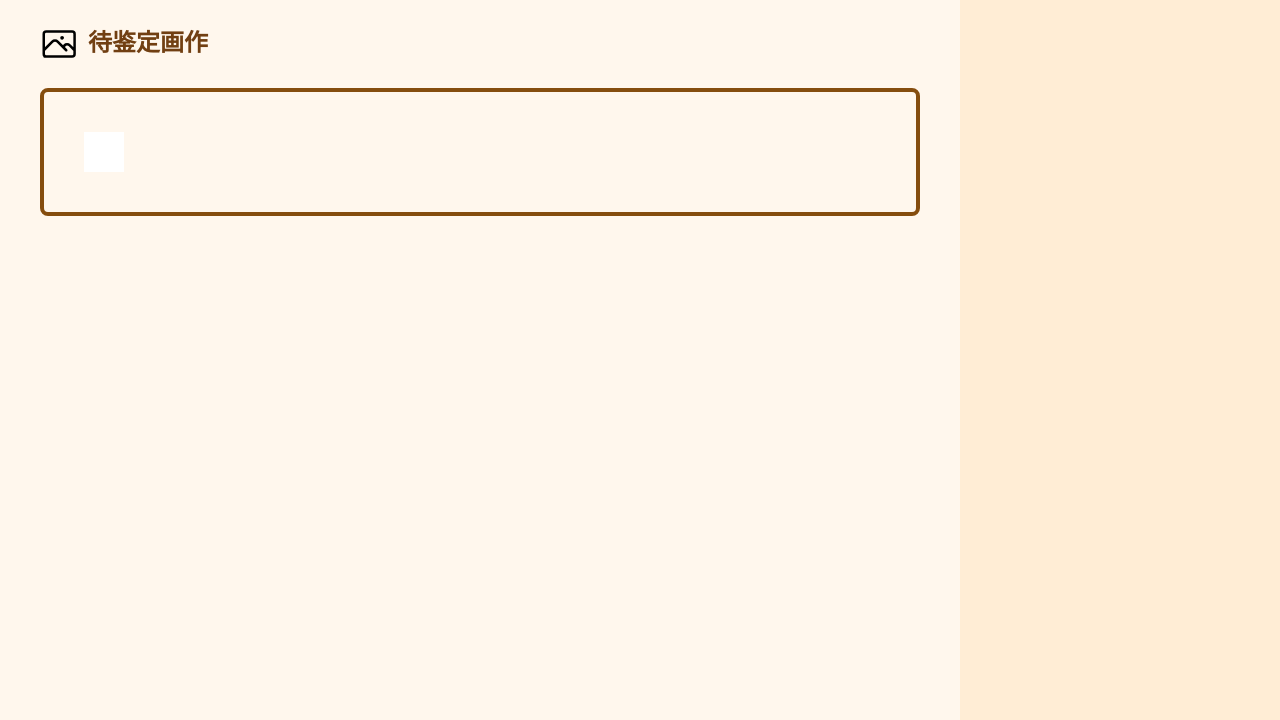
Repository: gaosth/Eyesee
Page: /dtail
These files come from the project's save history. The page is drawn as it stood at one moment and after the next save; the edit follows.
The browser window is 1280 px wide. The pictures show the whole page.
The project was rebuilt for these pictures with package versions that can differ from the ones it lists, and the page was loaded fresh each time. Also part of the build but not shown: vite.config.js, src/components/WelcomeItem.vue, src/components/icons/IconDocumentation.vue, src/components/icons/IconTooling.vue, src/components/icons/IconEcosystem.vue, src/components/icons/IconCommunity.vue, src/components/icons/IconSupport.vue, src/components/TheWelcome.vue and 5 more.

Above is the page before, as saved 2024-03-15 12:04:24.

### src/main.js
import './assets/main.css'

import { createApp } from 'vue'
import { createPinia } from 'pinia'

import App from './App.vue'
import router from './router'
import axios from 'axios'

axios.defaults.baseURL = 'http://127.0.0.1:8000'

const app = createApp(App)

app.use(createPinia())
// app.use(router)
app.use(router,axios)

app.mount('#app')

### src/App.vue
<template>
  <main>
    <RouterView />
  </main>
</template>

### src/router/index.js
import { createRouter, createWebHistory } from 'vue-router'
import HomeView from '../views/HomeView.vue'
import Agent from '../views/Agent.vue'
import Heatmap from '../components/Heatmap.vue'
import Test from '../views/reference.vue'
import DetailView from '../views/DetailView.vue'

const router = createRouter({
  history: createWebHistory(import.meta.env.BASE_URL),
  routes: [
    {
      path: '/',
      name: 'home',
      component: Agent
    },
    {
      path: '/about',
      name: 'about',
      // route level code-splitting
      // this generates a separate chunk (About.[hash].js) for this route
      // which is lazy-loaded when the route is visited.
      component: () => import('../views/AboutView.vue')
    },
    {
      path: '/Agent',
      name: 'Agent',
      component: Agent
    },
    {
      path: '/Heatmap',
      name: 'Heatmap',
      component: Heatmap
    },
    {
      path: '/test',
      name: 'test',
      component: Test
    },
    {
      path: '/dtail',
      name: 'detail',
      component: DetailView
    },
  ]
})

export default router

### src/views/DetailView.vue
<template>
    <div class="flex flex-row min-h-screen">
        <div class="w-3/4 bg-orange-50">
            <div class = "flex mx-10 mt-6 justify-start">
                <div>
                    <svg xmlns="http://www.w3.org/2000/svg" fill="none" viewBox="0 0 24 24" stroke-width="1.5" stroke="currentColor" class="w-10 h-10">
                    <path stroke-linecap="round" stroke-linejoin="round" d="m2.25 15.75 5.159-5.159a2.25 2.25 0 0 1 3.182 0l5.159 5.159m-1.5-1.5 .409-1.409a2.25 2.25 0 0 1 3.182 0l2.909 2.909m-18 3.75h16.5a1.5 1.5 0 0 0 1.5-1.5V6a1.5 1.5 0 0 0-1.5-1.5H3.75A1.5 1.5 0 0 0 2.25 6v12a1.5 1.5 0 0 0 1.5 1.5Zm10.5-11.25h.008v.008h-.008V8.25Zm.375 0a.375.375 0 1 1-.75 0 .375.375 0 0 1 .75 0Z" />
                </svg>
                </div>
                <div class="mt-0.5 text-2xl ml-2 font-bold text-yellow-900">
                    待鉴定画作
                </div>
            </div>
            <div class = "mx-10 my-6 border-yellow-800 rounded-lg border-4">
                <div class = "mx-10 my-10 h-10 w-10 bg-white">

                </div>
            </div>
        </div>
        <div class="w-1/4 bg-orange-100"></div>
    </div>
</template>

Loaded but not shown: index.html (common file); src/assets/main.css (common file); tailwind.config.js (common file)

After the next save:
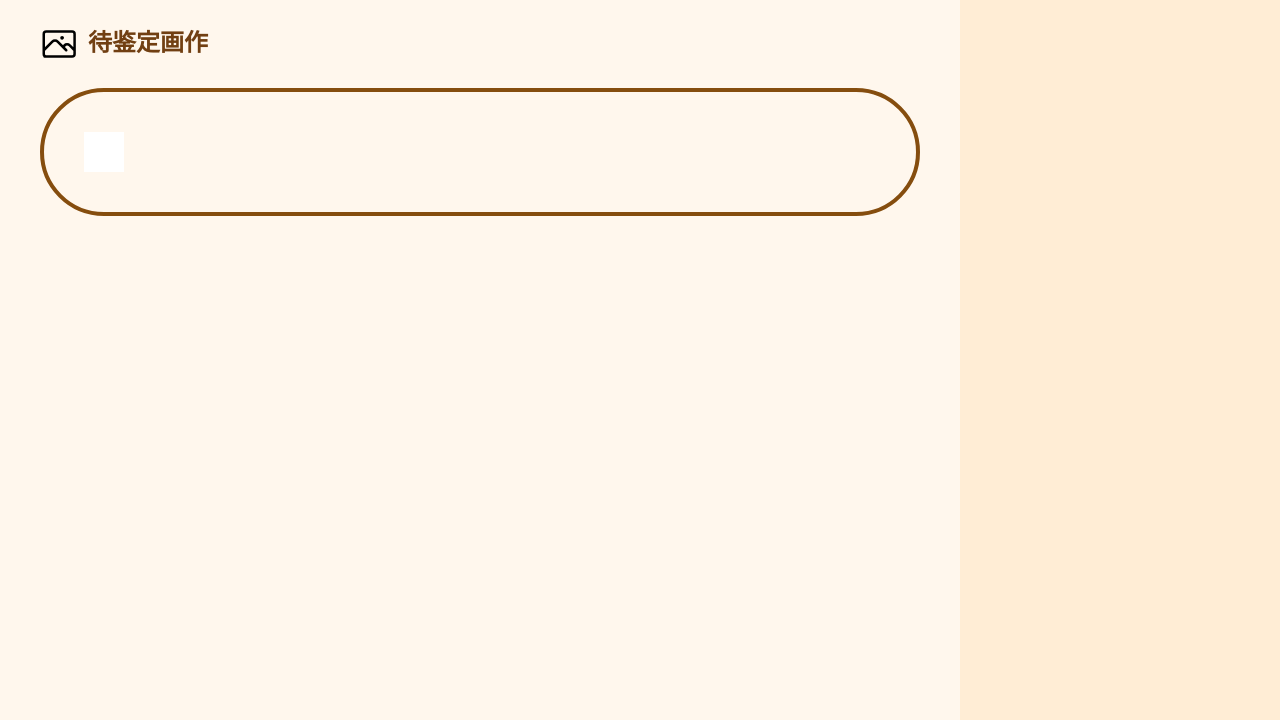
Saved 19 s later.
--- a/src/views/DetailView.vue
+++ b/src/views/DetailView.vue
@@ -11,7 +11,7 @@
                     待鉴定画作
                 </div>
             </div>
-            <div class = "mx-10 my-6 border-yellow-800 rounded-lg border-4">
+            <div class = "mx-10 my-6 border-yellow-800 rounded-full border-4">
                 <div class = "mx-10 my-10 h-10 w-10 bg-white">
 
                 </div>
